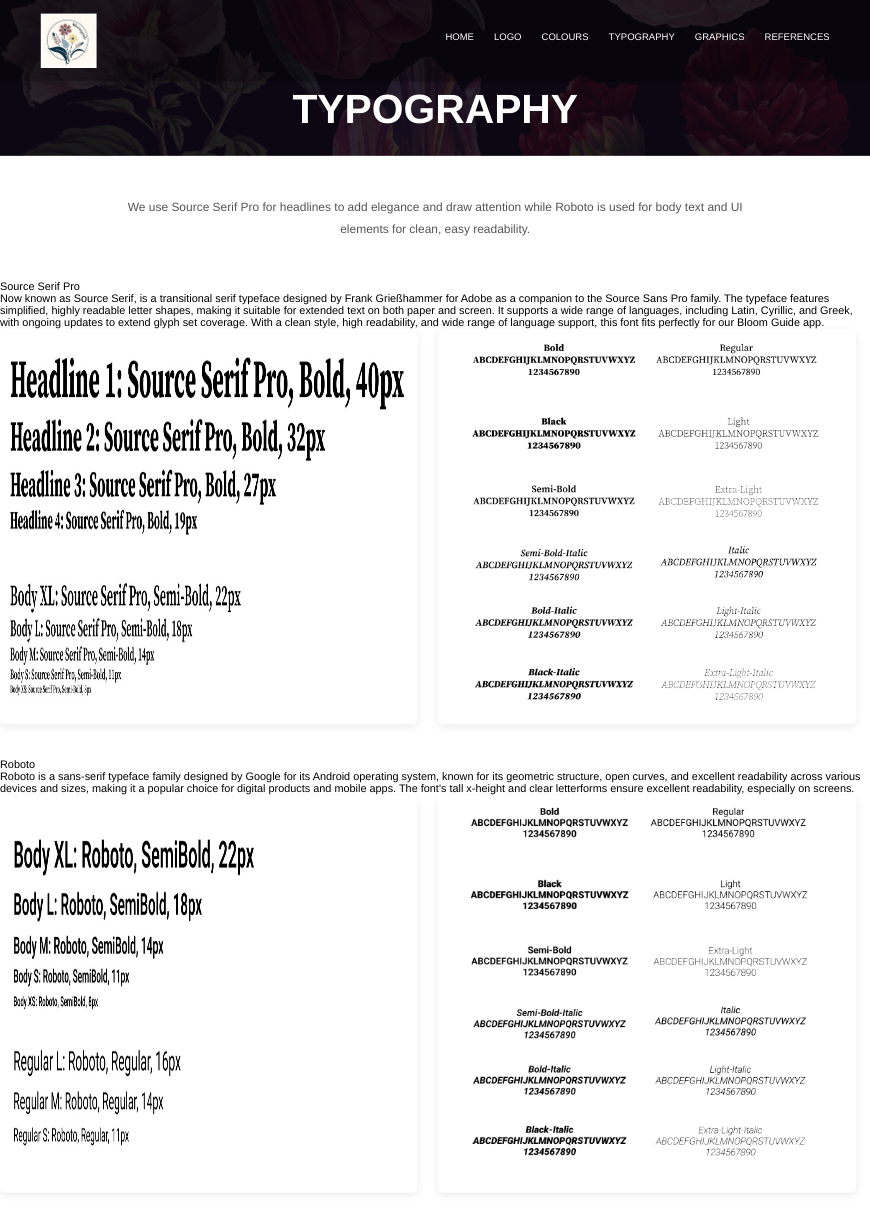
Repository: Emmalee06/styleguide-design2
Page: typography.html
These files come from the project's save history. The page is drawn as it stood at one moment and after the next save; the edit follows.
The browser window is 1280 px wide. The pictures show the whole page, at 68% of full size.

Above is the page before, as saved 2025-04-07 00:29:23.

After the next save:
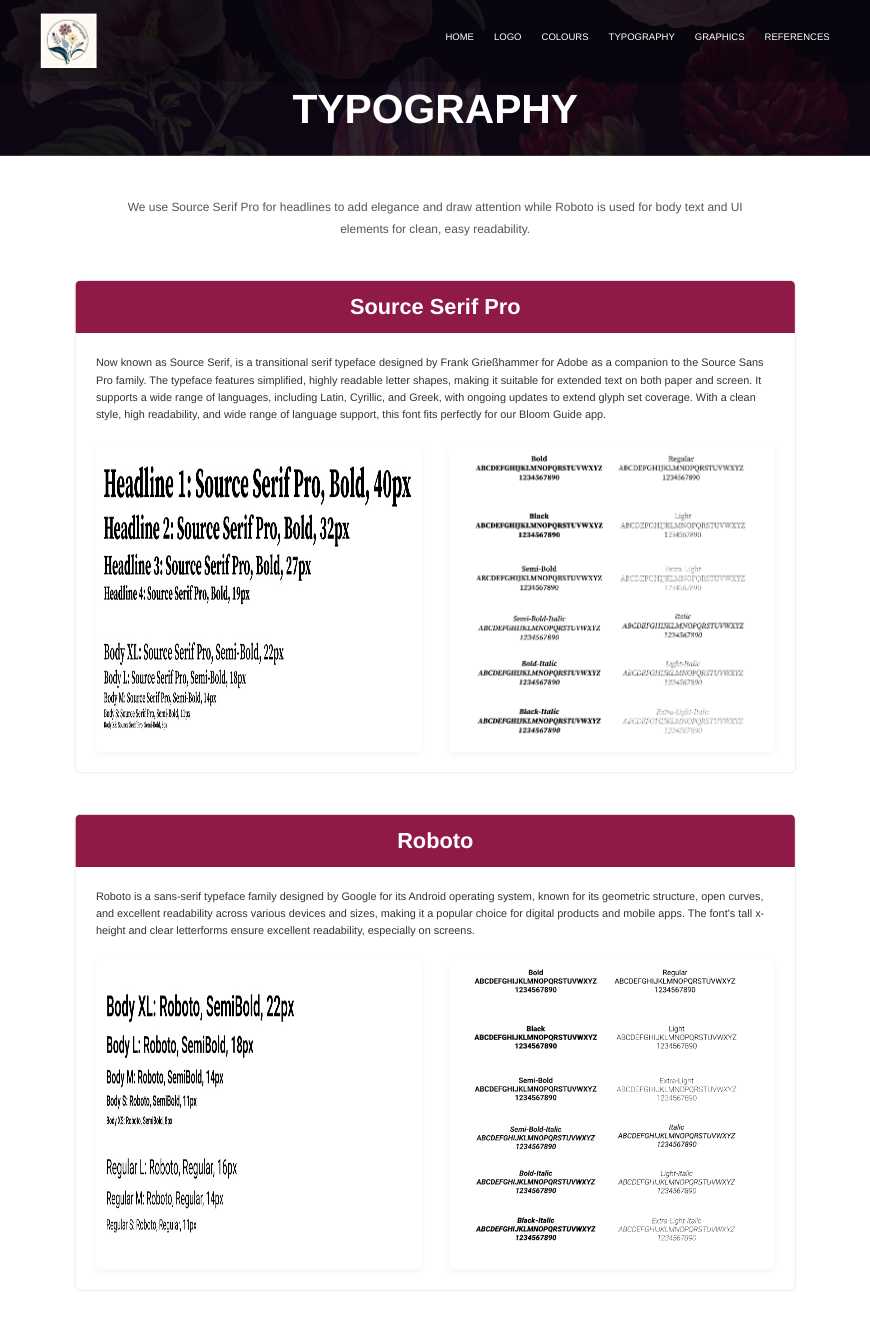
Saved 32 s later.
--- a/style.css
+++ b/style.css
@@ -315,15 +315,56 @@
 
 
 /*TYPOGRAPHY*/
+/* Typography Section Container */
+.typography {
+    max-width: 1100px;
+    margin: 60px auto;
+    padding: 0 20px;
+    font-family: 'Helvetica Neue', sans-serif;
+    color: #333;
+}
+
+/* Font Section Wrapper */
+.font-section {
+    margin-bottom: 60px;
+    border: 1px solid #e0dcdc;
+    border-radius: 8px;
+    overflow: hidden;
+}
+
+/* Full-width Header Box */
+.font-header {
+    background-color: #8f1a47;
+    color: white;
+    font-size: 2rem;
+    font-weight: bold;
+    text-align: center;
+    padding: 20px;
+}
+
+/* Paragraph and image wrapper */
+.font-content {
+    padding: 30px;
+    background-color: #ffffff;
+}
+
+/* Paragraph style */
+.font-content p {
+    font-size: 1rem;
+    line-height: 1.6;
+    margin-bottom: 30px;
+}
+
+/* Side-by-side image layout */
 .font-image-row {
     display: flex;
-    gap: 30px;
-    margin-bottom: 50px;
+    justify-content: space-between;
+    gap: 20px;
 }
 
 .font-image-row img {
     width: 48%;
     height: auto;
     border-radius: 8px;
-    box-shadow: 0 4px 12px rgba(0, 0, 0, 0.08);
-}
+    box-shadow: 0 3px 10px rgba(0, 0, 0, 0.05);
+}
